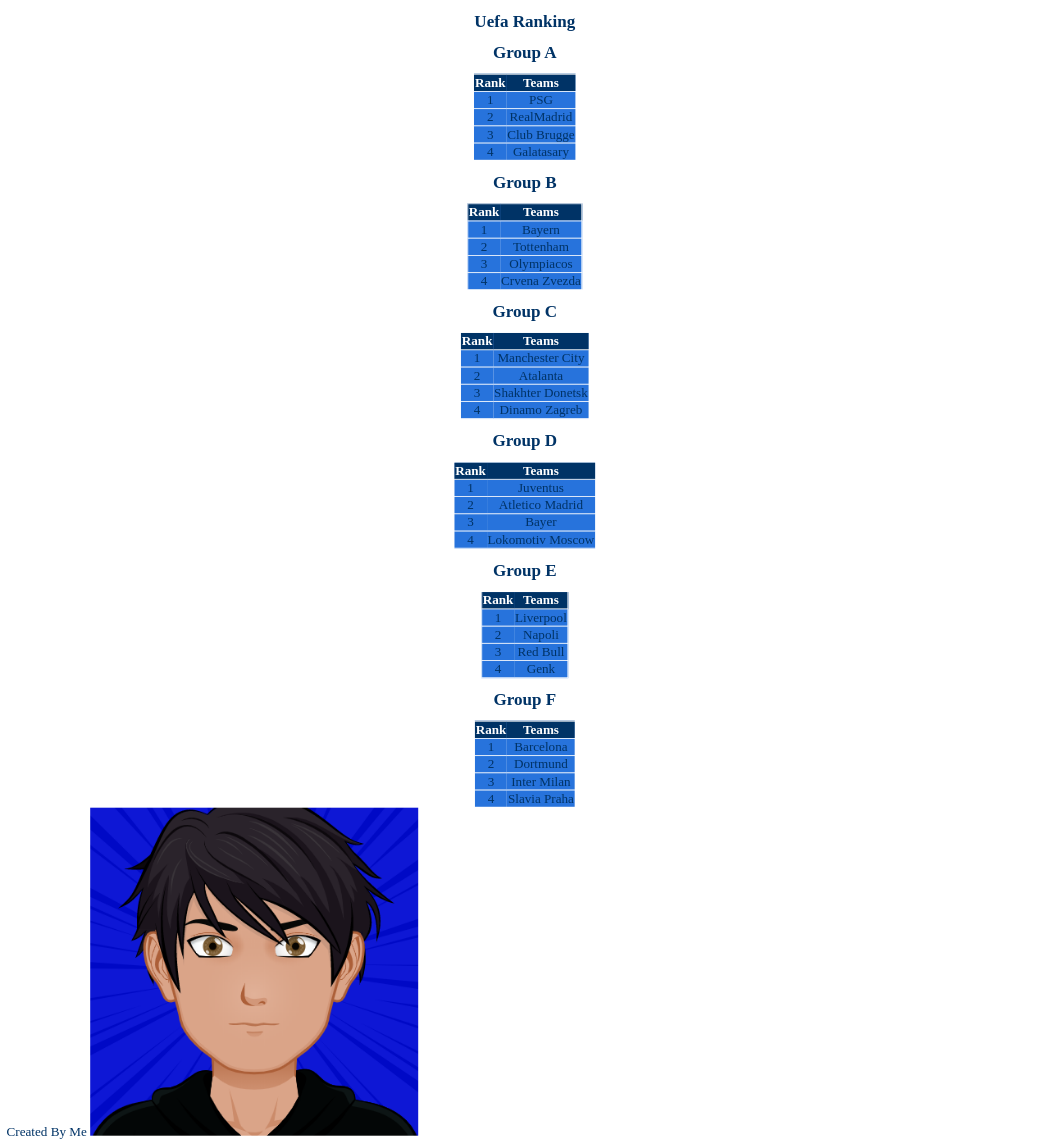
Repository: Danielrr07/Danielrr07.github.io
Page: My_Website/website.html
The author's editor kept a record of every edit. The page is drawn from the files as they stood at one moment, then again after the next edit.
The browser window is 1280 px wide. The pictures show the whole page, at 82% of full size.

Above is the page before.

### My_Website/website.html
<!DOCTYPE html>
   <html>
     <head>
       <style>
       </style>
       <meta charset="utf-8">
       <link href="website1.css" rel="stylesheet" type="text/css">
       <title> UEFA  </title>
     </head>
     <body>
        <h1> Uefa Ranking</h1>
        <h1>   Group A     </h1>
        <table>
        <tr><th>Rank</th><th>Teams</th></tr>
        <tr><td>1</td><td>PSG</td></tr>
        <tr><td>2</td><td>RealMadrid</td></tr>
        <tr><td>3</td><td>Club Brugge</td></tr>
        <tr><td>4</td><td>Galatasary</td></tr>
        </table>
        <h1> Group B   </h1>
        <table>
        <tr><th>Rank</th><th>Teams</th></tr>
        <tr><td>1</td><td>    Bayern</td></tr>
        <tr><td>2</td><td>    Tottenham</td></tr>
        <tr><td>3</td><td>    Olympiacos</td></tr>
        <tr><td>4</td><td>    Crvena Zvezda</td></tr>
        </table>
        <h1> Group C   </h1>
        <table>
        <tr><th>Rank</th><th>Teams</th></tr>
        <tr><td>1</td><td>    Manchester City</td></tr>
        <tr><td>2</td><td>    Atalanta</td></tr>
        <tr><td>3</td><td>    Shakhter Donetsk</td></tr>
        <tr><td>4</td><td>    Dinamo Zagreb</td></tr>
        </table>
        <h1> Group D   </h1>
        <table>
        <tr><th>Rank</th><th>Teams</th></tr>
        <tr><td>1</td><td>    Juventus</td></tr>
        <tr><td>2</td><td>    Atletico Madrid</td></tr>
        <tr><td>3</td><td>    Bayer</td></tr>
        <tr><td>4</td><td>    Lokomotiv Moscow</td></tr>
        </table>
        <h1> Group E   </h1>
        <table>
        <tr><th>Rank</th><th>Teams</th></tr>
        <tr><td>1</td><td>    Liverpool</td></tr>
        <tr><td>2</td><td>    Napoli</td></tr>
        <tr><td>3</td><td>    Red Bull</td></tr>
        <tr><td>4</td><td>    Genk</td></tr>
        </table>
        <h1> Group F   </h1>
        <table>
        <tr><th>Rank</th><th>Teams</th></tr>
        <tr><td>1</td><td>    Barcelona</td></tr>
        <tr><td>2</td><td>    Dortmund</td></tr>
        <tr><td>3</td><td>    Inter Milan</td></tr>
        <tr><td>4</td><td>    Slavia Praha</td></tr>
        </table>
        <tr><td>Created By Me</td></tr>
        <img src = "myAvatar.png">
     </body>

    </html>

### My_Website/website1.css
body{
       font-family: "Marker Felt", "Comic Sans MS", fantasy;
 	 color: #003366;
    }

    h1  {
 	   font-size: 1.3em;
 	   text-align: center;
    }

   table {
 	   margin-left: auto;
 	   margin-right: auto;
 	   text-align: left;
 	   border-collapse: collapse;
   }

   tr   {
	  border: 1px solid #ffffff;
	  text-align: center;
	  background-color:#2773DC;
  }

  th   {
	 text-align: center;
	 color: #ffffff;
	 background-color: #003366;
  }

After the next edit:
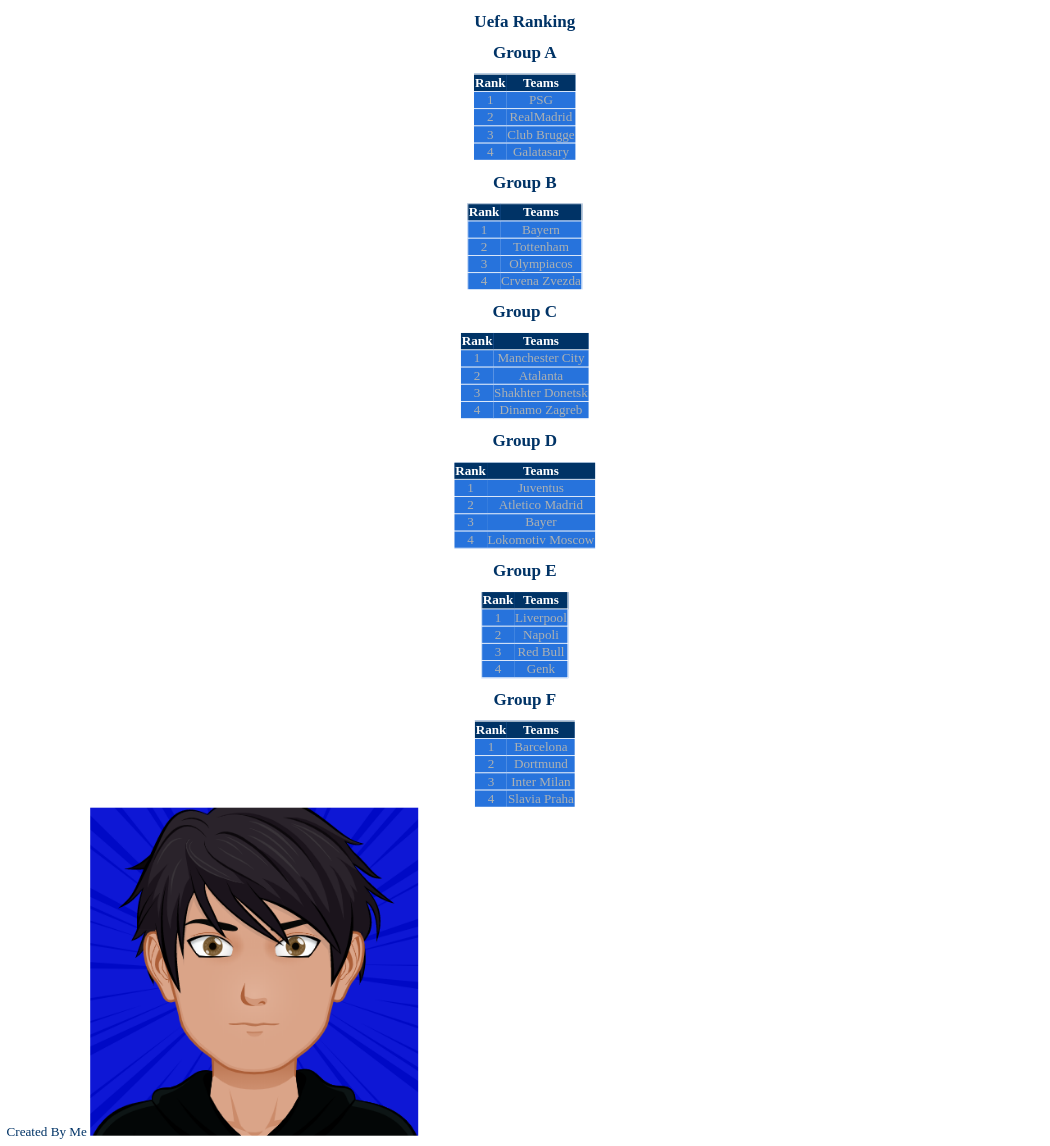
The edit:
--- a/My_Website/website.html
+++ b/My_Website/website.html
@@ -2,6 +2,7 @@
    <html>
      <head>
        <style>
+       td {color: #ADB1B2;}
        </style>
        <meta charset="utf-8">
        <link href="website1.css" rel="stylesheet" type="text/css">
